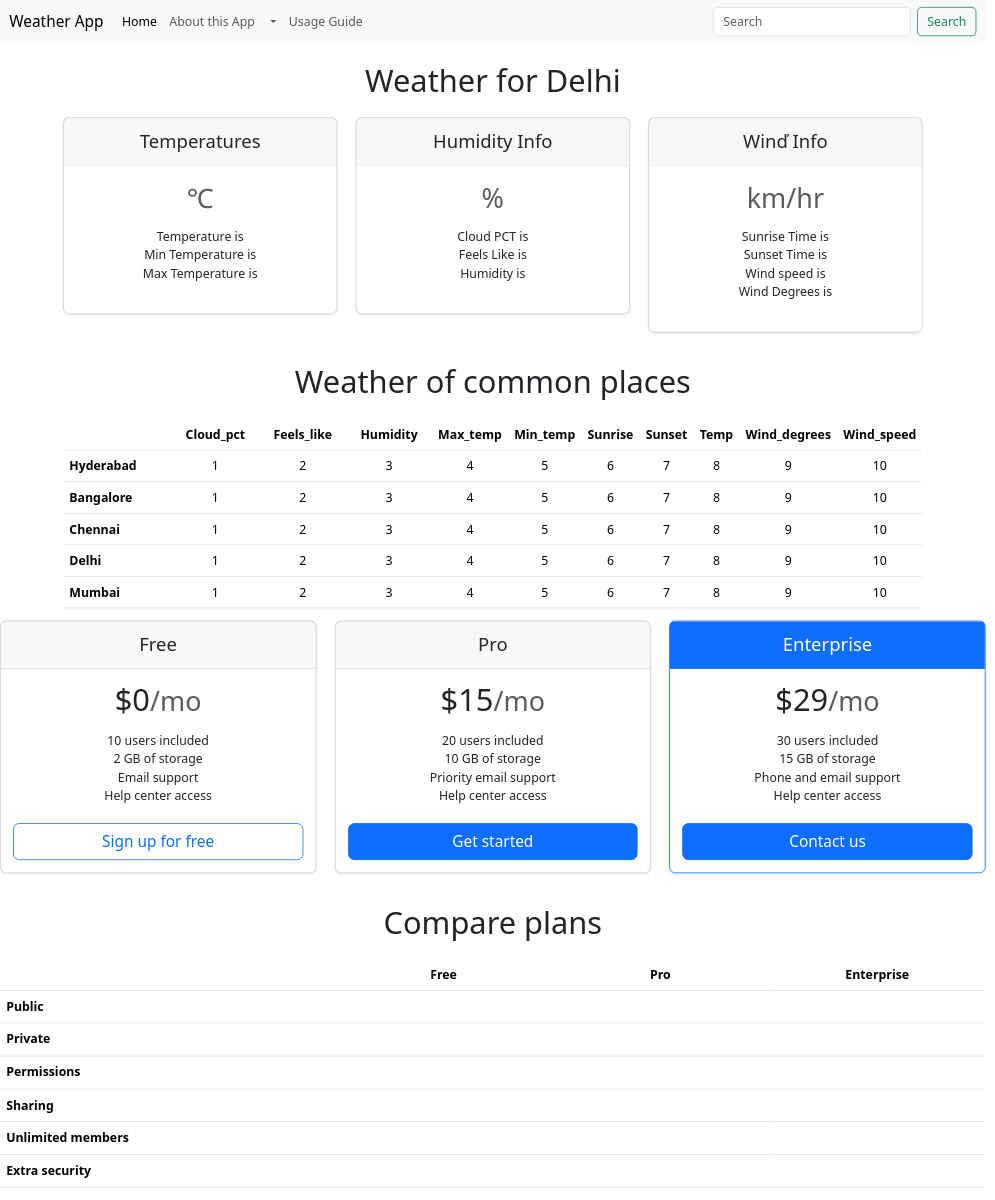
Repository: Abhilash2909/weather
Page: index.html
An editor plug-in stored every save of this project. The page is shown before and after a run of saves, followed by the edit.
The browser window is 1280 px wide. The page is 1292 px wide, so the pictures cover 1292 px, including what lies to the right of the window. The pictures show the whole page, at 77% of full size.
The page's requests for data from a server got no answer.

Above is the page before, as saved 2024-02-11 16:59:00.

### index.html
<!doctype html>
<html lang="en">
  <head>
    <meta charset="utf-8">
    <meta name="viewport" content="width=device-width, initial-scale=1">
    <title>My Weather App</title>
    <link href="https://cdn.jsdelivr.net/npm/bootstrap@5.3.2/dist/css/bootstrap.min.css" rel="stylesheet" integrity="sha384-T3c6CoIi6uLrA9TneNEoa7RxnatzjcDSCmG1MXxSR1GAsXEV/Dwwykc2MPK8M2HN" crossorigin="anonymous">
  </head>
  <body>
    <nav class="navbar navbar-expand-lg bg-body-tertiary">
        <div class="container-fluid">
          <a class="navbar-brand" href="#">Weather App</a>
          <button class="navbar-toggler" type="button" data-bs-toggle="collapse" data-bs-target="#navbarSupportedContent" aria-controls="navbarSupportedContent" aria-expanded="false" aria-label="Toggle navigation">
            <span class="navbar-toggler-icon"></span>
          </button>
          <div class="collapse navbar-collapse" id="navbarSupportedContent">
            <ul class="navbar-nav me-auto mb-2 mb-lg-0">
              <li class="nav-item">
                <a class="nav-link active" aria-current="page" href="#">Home</a>
              </li>
              <li class="nav-item">
                <a class="nav-link" href="#">About this App</a>
              </li>
              <li class="nav-item dropdown">
                <a class="nav-link dropdown-toggle" href="#" role="button" data-bs-toggle="dropdown" aria-expanded="false">
                </a>
                <ul class="dropdown-menu">
                  <li><a class="dropdown-item" href="#">Delhi</a></li>
                  <li><a class="dropdown-item" href="#">Seattle</a></li>
                  <li><a class="dropdown-item" href="#">Bangalore</a></li>
                </ul>
              </li>
              <li class="nav-item">
                <a class="nav-link" aria-disabled="true">Usage Guide</a>
              </li>
            </ul>
            <form class="d-flex" role="search">
              <input id="city" class="form-control me-2" type="search" placeholder="Search" aria-label="Search">
              <button class="btn btn-outline-success" type="submit" id="submit">Search</button>
            </form>
          </div>
        </div>
      </nav>

      <div class="container">
        <main>
          <h1 class= "my-4 text-center">Weather for <span id="cityName"></span></h1>
          <div class="row row-cols-1 row-cols-md-3 mb-3 text-center">
          <div class="col">
            <div class="card mb-4 rounded-3 shadow-sm">
              <div class="card-header py-3">
                <h4 class="my-0 fw-normal">Temperatures</h4>
              </div>
              <div class="card-body">
                <h1 class="card-title pricing-card-title"><span id="temp2"></span><small class="text-body-secondary fw-light"></span><span>&#8451;</span></small></h1>
                <ul class="list-unstyled mt-3 mb-4">
                  <li>Temperature is <span id="temp" ></span></li>
                  <li>Min Temperature is <span id="min_temp" ></span></li>
                  <li>Max Temperature is <span id="max_temp" ></span></li>
                </ul>
                <!-- <button type="button" class="w-100 btn btn-lg btn-outline-primary">Sign up for free</button> -->
              </div>
            </div>
          </div>
          <div class="col">
            <div class="card mb-4 rounded-3 shadow-sm">
              <div class="card-header py-3">
                <h4 class="my-0 fw-normal">Humidity Info</h4>
              </div>
              <div class="card-body">
                <h1 class="card-title pricing-card-title"><span id="humidity2" ></span><small class="text-body-secondary fw-light">%</small></h1>
                <ul class="list-unstyled mt-3 mb-4">
                  <li>Cloud PCT is <span id="cloud_pct" ></span></li>
                  <li>Feels Like is <span id="feels_like" ></span></li>
                  <li>Humidity is <span id="humidity" ></span></li>
                </ul>
                <!-- <button type="button" class="w-100 btn btn-lg btn-primary">Get started</button> -->
              </div>
            </div>
          </div>

          <div class="col">
            <div class="card mb-4 rounded-3 shadow-sm">
              <div class="card-header py-3">
                <h4 class="my-0 fw-normal">Winď Info</h4>
              </div>
              <div class="card-body">
                <h1 class="card-title pricing-card-title"><span id="wind_speed2" ></span><small class="text-body-secondary fw-light">km/hr</small></h1>
                <ul class="list-unstyled mt-3 mb-4">
                  <li>Sunrise Time is <span id="sunrise" ></span></li>
                  <li>Sunset Time is <span id="sunset" ></span></li>
                  <li>Wind speed is <span id="wind_speed" ></span></li>
                  <li>Wind Degrees is <span id="wind_degrees" ></span></li>
                </ul>
                <!-- <button type="button" class="w-100 btn btn-lg btn-primary">Contact us</button> -->
              </div>
            </div>
          </div>
        </div>

        <h2 class="display-6 text-center mb-4">Weather of common places</h2>

        <div class="table-responsive">
          <table class="table text-center">
            <thead>
              <tr>
                <th style="width: 34%;">   </th>
                <th style="width: 22%;"> Cloud_pct </th>
                <th style="width: 22%;"> Feels_like </th>
                <th style="width: 22%;"> Humidity </th>
                <th style="width: 22%;"> Max_temp </th>
                <th style="width: 22%;"> Min_temp </th>
                <th style="width: 22%;"> Sunrise </th>
                <th style="width: 22%;"> Sunset </th>
                <th style="width: 22%;"> Temp </th>
                <th style="width: 22%;"> Wind_degrees </th>
                <th style="width: 22%;"> Wind_speed </th>
              </tr>
            </thead>
            <tbody>
              <tr>
                <th scope="row" class="text-start">Hyderabad</th>
                <td>1</td>
                <td>2</td>
                <td>3</td>
                <td>4</td>
                <td>5</td>
                <td>6</td>
                <td>7</td>
                <td>8</td>
                <td>9</td>
                <td>10</td>
              </tr>
              <tr>
                <th scope="row" class="text-start">Bangalore</th>
                <td>1</td>
                <td>2</td>
                <td>3</td>
                <td>4</td>
                <td>5</td>
                <td>6</td>
                <td>7</td>
                <td>8</td>
                <td>9</td>
                <td>10</td>
              </tr>
            </tbody>

            <tbody>
              <tr>
                <th scope="row" class="text-start">Chennai</th>
                <td>1</td>
                <td>2</td>
                <td>3</td>
                <td>4</td>
                <td>5</td>
                <td>6</td>
                <td>7</td>
                <td>8</td>
                <td>9</td>
                <td>10</td>
              </tr>
              <tr>
                <th scope="row" class="text-start">Delhi</th>
                <td>1</td>
                <td>2</td>
                <td>3</td>
                <td>4</td>
                <td>5</td>
                <td>6</td>
                <td>7</td>
                <td>8</td>
                <td>9</td>
                <td>10</td>
              </tr>
              <tr>
                <th scope="row" class="text-start">Mumbai</th>
                <td>1</td>
                <td>2</td>
                <td>3</td>
                <td>4</td>
                <td>5</td>
                <td>6</td>
                <td>7</td>
                <td>8</td>
                <td>9</td>
                <td>10</td>
              </tr>
            </tbody>
          </table>
        </div>
      </main></div>
    <script src="https://cdn.jsdelivr.net/npm/bootstrap@5.3.2/dist/js/bootstrap.bundle.min.js" integrity="sha384-C6RzsynM9kWDrMNeT87bh95OGNyZPhcTNXj1NW7RuBCsyN/o0jlpcV8Qyq46cDfL" crossorigin="anonymous"></script>
    <script src="script.js"></script>
</body>
</html>


<main>
  <div class="row row-cols-1 row-cols-md-3 mb-3 text-center">
    <div class="col">
      <div class="card mb-4 rounded-3 shadow-sm">
        <div class="card-header py-3">
          <h4 class="my-0 fw-normal">Free</h4>
        </div>
        <div class="card-body">
          <h1 class="card-title pricing-card-title">$0<small class="text-body-secondary fw-light">/mo</small></h1>
          <ul class="list-unstyled mt-3 mb-4">
            <li>10 users included</li>
            <li>2 GB of storage</li>
            <li>Email support</li>
            <li>Help center access</li>
          </ul>
          <button type="button" class="w-100 btn btn-lg btn-outline-primary">Sign up for free</button>
        </div>
      </div>
    </div>
    <div class="col">
      <div class="card mb-4 rounded-3 shadow-sm">
        <div class="card-header py-3">
          <h4 class="my-0 fw-normal">Pro</h4>
        </div>
        <div class="card-body">
          <h1 class="card-title pricing-card-title">$15<small class="text-body-secondary fw-light">/mo</small></h1>
          <ul class="list-unstyled mt-3 mb-4">
            <li>20 users included</li>
            <li>10 GB of storage</li>
            <li>Priority email support</li>
            <li>Help center access</li>
          </ul>
          <button type="button" class="w-100 btn btn-lg btn-primary">Get started</button>
        </div>
      </div>
    </div>
    <div class="col">
      <div class="card mb-4 rounded-3 shadow-sm border-primary">
        <div class="card-header py-3 text-bg-primary border-primary">
          <h4 class="my-0 fw-normal">Enterprise</h4>
        </div>
        <div class="card-body">
          <h1 class="card-title pricing-card-title">$29<small class="text-body-secondary fw-light">/mo</small></h1>
          <ul class="list-unstyled mt-3 mb-4">
            <li>30 users included</li>
            <li>15 GB of storage</li>
            <li>Phone and email support</li>
            <li>Help center access</li>
          </ul>
          <button type="button" class="w-100 btn btn-lg btn-primary">Contact us</button>
        </div>
      </div>
    </div>
  </div>

  <h2 class="display-6 text-center mb-4">Compare plans</h2>

  <div class="table-responsive">
    <table class="table text-center">
      <thead>
        <tr>
          <th style="width: 34%;"></th>
          <th style="width: 22%;">Free</th>
          <th style="width: 22%;">Pro</th>
          <th style="width: 22%;">Enterprise</th>
        </tr>
      </thead>
      <tbody>
        <tr>
          <th scope="row" class="text-start">Public</th>
          <td><svg class="bi" width="24" height="24"><use xlink:href="#check"></use></svg></td>
          <td><svg class="bi" width="24" height="24"><use xlink:href="#check"></use></svg></td>
          <td><svg class="bi" width="24" height="24"><use xlink:href="#check"></use></svg></td>
        </tr>
        <tr>
          <th scope="row" class="text-start">Private</th>
          <td></td>
          <td><svg class="bi" width="24" height="24"><use xlink:href="#check"></use></svg></td>
          <td><svg class="bi" width="24" height="24"><use xlink:href="#check"></use></svg></td>
        </tr>
      </tbody>

      <tbody>
        <tr>
          <th scope="row" class="text-start">Permissions</th>
          <td><svg class="bi" width="24" height="24"><use xlink:href="#check"></use></svg></td>
          <td><svg class="bi" width="24" height="24"><use xlink:href="#check"></use></svg></td>
          <td><svg class="bi" width="24" height="24"><use xlink:href="#check"></use></svg></td>
        </tr>
        <tr>
          <th scope="row" class="text-start">Sharing</th>
          <td></td>
          <td><svg class="bi" width="24" height="24"><use xlink:href="#check"></use></svg></td>
          <td><svg class="bi" width="24" height="24"><use xlink:href="#check"></use></svg></td>
        </tr>
        <tr>
          <th scope="row" class="text-start">Unlimited members</th>
          <td></td>
          <td><svg class="bi" width="24" height="24"><use xlink:href="#check"></use></svg></td>
          <td><svg class="bi" width="24" height="24"><use xlink:href="#check"></use></svg></td>
        </tr>
        <tr>
          <th scope="row" class="text-start">Extra security</th>
          <td></td>
          <td></td>
          <td><svg class="bi" width="24" height="24"><use xlink:href="#check"></use></svg></td>
        </tr>
      </tbody>
    </table>
  </div>
</main>

### script.js

// const url = 'https://weather-by-api-ninjas.p.rapidapi.com/v1/weather?city=Seattle';
// const options = {
//     method: 'GET',
//     headers: {
//         'X-RapidAPI-Key': '9f5fc666cemsh950495f18781500p1999a7jsna0d8657b4aba',
//         'X-RapidAPI-Host': 'weather-by-api-ninjas.p.rapidapi.com'
//     }
// };

// async function fetchData() {
//     try {
//         const response = await fetch(url, options);
//         const result = await response.text();
//         console.log(result);
//     } catch (error) {
//         console.error(error);
//     }
// }

// fetchData();


// const url = 'https://weather-by-api-ninjas.p.rapidapi.com/v1/weather?city=Seattle';
// const options = {
// 	method: 'GET',
// 	headers: {
// 		'X-RapidAPI-Key': '9f5fc666cemsh950495f18781500p1999a7jsna0d8657b4aba',
// 		'X-RapidAPI-Host': 'weather-by-api-ninjas.p.rapidapi.com'
// 	}
// };

// try {
// 	const response = await fetch(url, options);
// 	const result = await response.text();
// 	console.log(result);
// } catch (error) {
// 	console.error(error);
// }



const options = {
    method: 'GET',
    headers: {
      'X-RapidAPI-Key': 'b45e96323fmshf5e4bc50d3b8a90p1e091djsnfb21cde4eb87',
      'X-RapidAPI-Host': 'weather-by-api-ninjas.p.rapidapi.com'
    }
  };
const getWeather = (city) => {
  cityName.innerHTML = city
  fetch('https://weather-by-api-ninjas.p.rapidapi.com/v1/weather?city=' + city, options)
    .then(response => response.json())
    .then((response) => {
      console.log(response)
      cloud_pct.innerHTML = response.cloud_pct
      temp.innerHTML = response.temp
      temp2.innerHTML = response.temp
      feels_like.innerHTML = response.feels_like
      humidity.innerHTML = response.humidity
      humidity2.innerHTML = response.humidity
      min_temp.innerHTML = response.min_temp
      max_temp.innerHTML = response.max_temp
      wind_speed.innerHTML = response.wind_speed
      wind_speed2.innerHTML = response.wind_speed
      wind_degrees.innerHTML = response.wind_degrees
      sunrise.innerHTML = response.sunrise
      sunset.innerHTML = response.sunset
    })
    .catch(error => console.error(error));
}

submit.addEventListener("click", (e)=>{
  e.preventDefault()
  getWeather(city.value)
})

getWeather("Delhi")

After the next 5 saves:
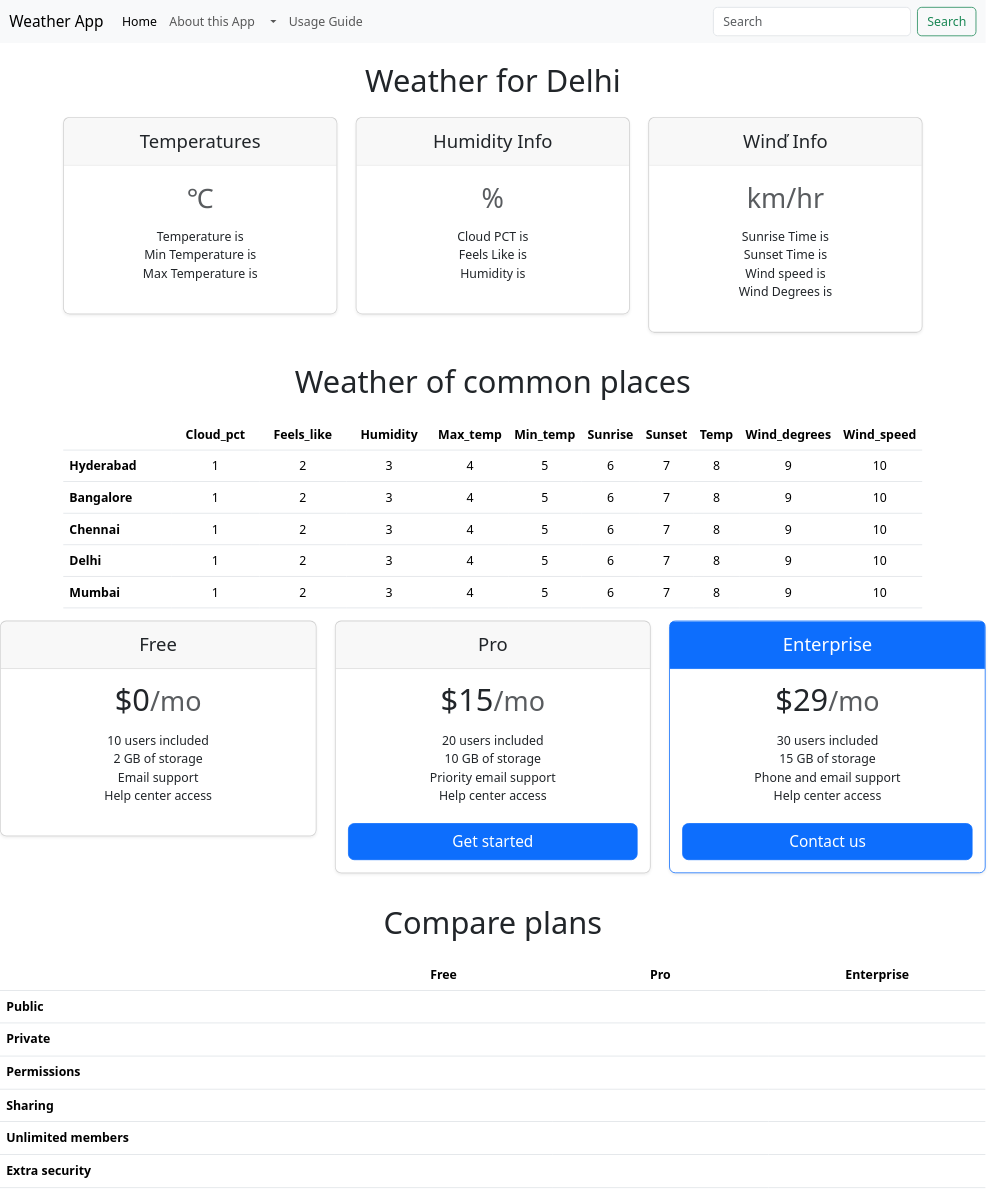
The 5 saves are shown as one change because they came seconds apart.
The last was saved 2 min 39 s later.
--- a/index.html
+++ b/index.html
@@ -211,7 +211,7 @@
             <li>Email support</li>
             <li>Help center access</li>
           </ul>
-          <button type="button" class="w-100 btn btn-lg btn-outline-primary">Sign up for free</button>
+          <!-- <button type="button" class="w-100 btn btn-lg btn-outline-primary">Sign up for free</button> -->
         </div>
       </div>
     </div>
